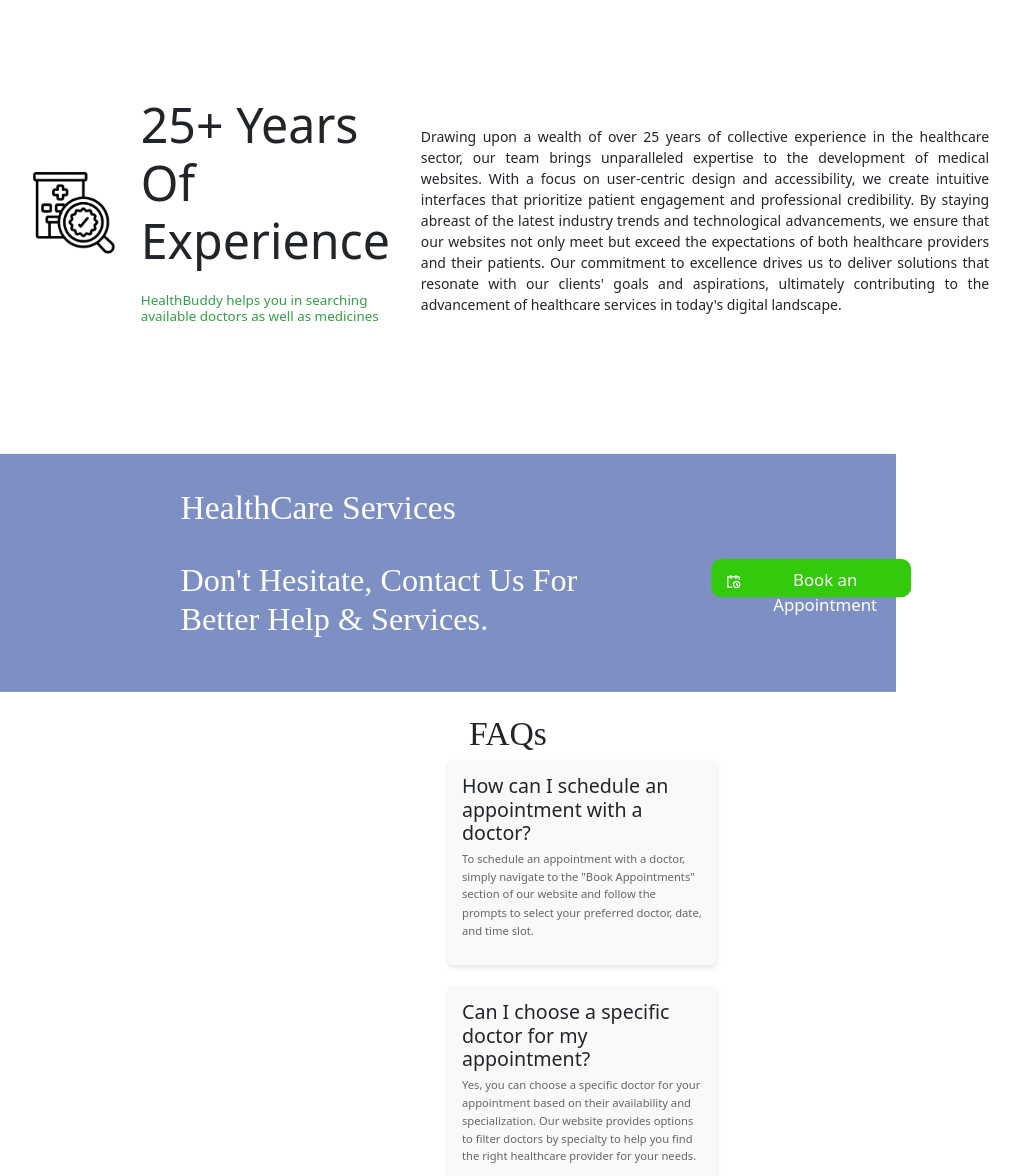
Repository: WajihaGul/MedicalApp-Frontend
Page: /
An editor plug-in stored every save of this project. The page is shown before and after the next save, followed by the edit.
The browser window is 1280 px wide. The page is 1457 px wide, so the pictures cover 1457 px, including what lies to the right of the window. The pictures show the part of the page from y = 1378 to 3058 px (the page is 4527 px tall), at 70% of full size.
The project was rebuilt for these pictures with package versions that can differ from the ones it lists, and the page was loaded fresh each time. Also part of the build but not shown: vite.config.js, src/index.css, src/App.css, src/Components/PharmacyGrid/PharmacyGrid.module.css, src/Components/DeletePopup/DeletePopup.module.css, src/Components/DeletePopup/DeletePopup.jsx, src/Components/PharmacyGrid/PharmacyGrid.jsx, src/Pages/Pharmacy.jsx and 37 more.

Above is the page before, as saved 2024-06-01 22:33:04.

After the next save:
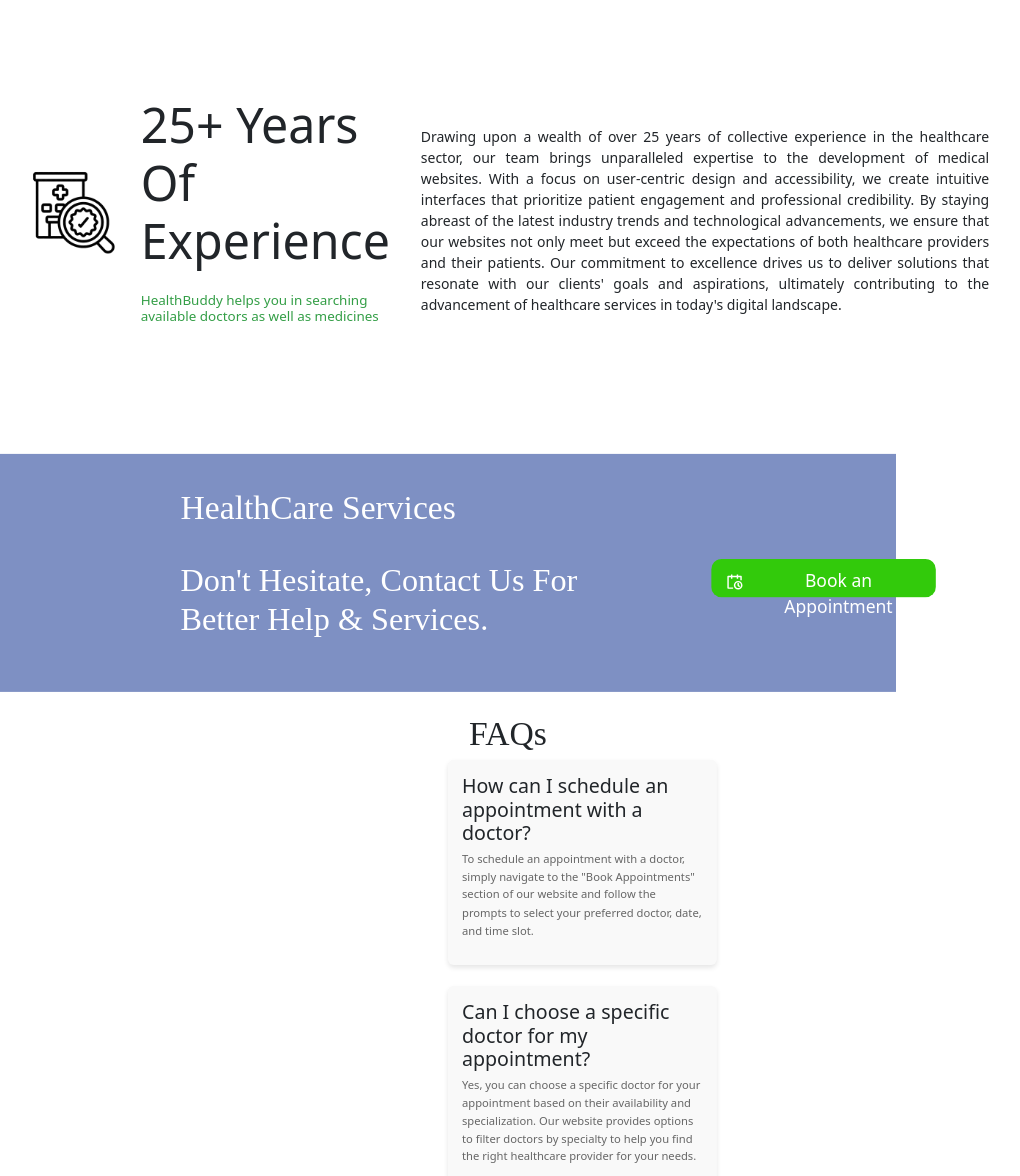
Saved 6 min 23 s later.
--- a/src/Components/MakeAppointment/MakeAppointment.module.css
+++ b/src/Components/MakeAppointment/MakeAppointment.module.css
@@ -44,9 +44,9 @@ flex-direction: row;
 
 .mbutton{
     height: 55px;
-    width: 286px;
+    width: 321px;
     border-color: transparent;
-    font-size: x-large;
+    /* font-size: large; */
     border-radius: 15px;
     background-color: #32ca0b;
     color: white;
@@ -56,6 +56,7 @@ flex-direction: row;
     padding-right: 10px;
     padding-top: 10px;
     padding-bottom: 10px;
+    font-size: 25px;
 }
 
 .micon{
